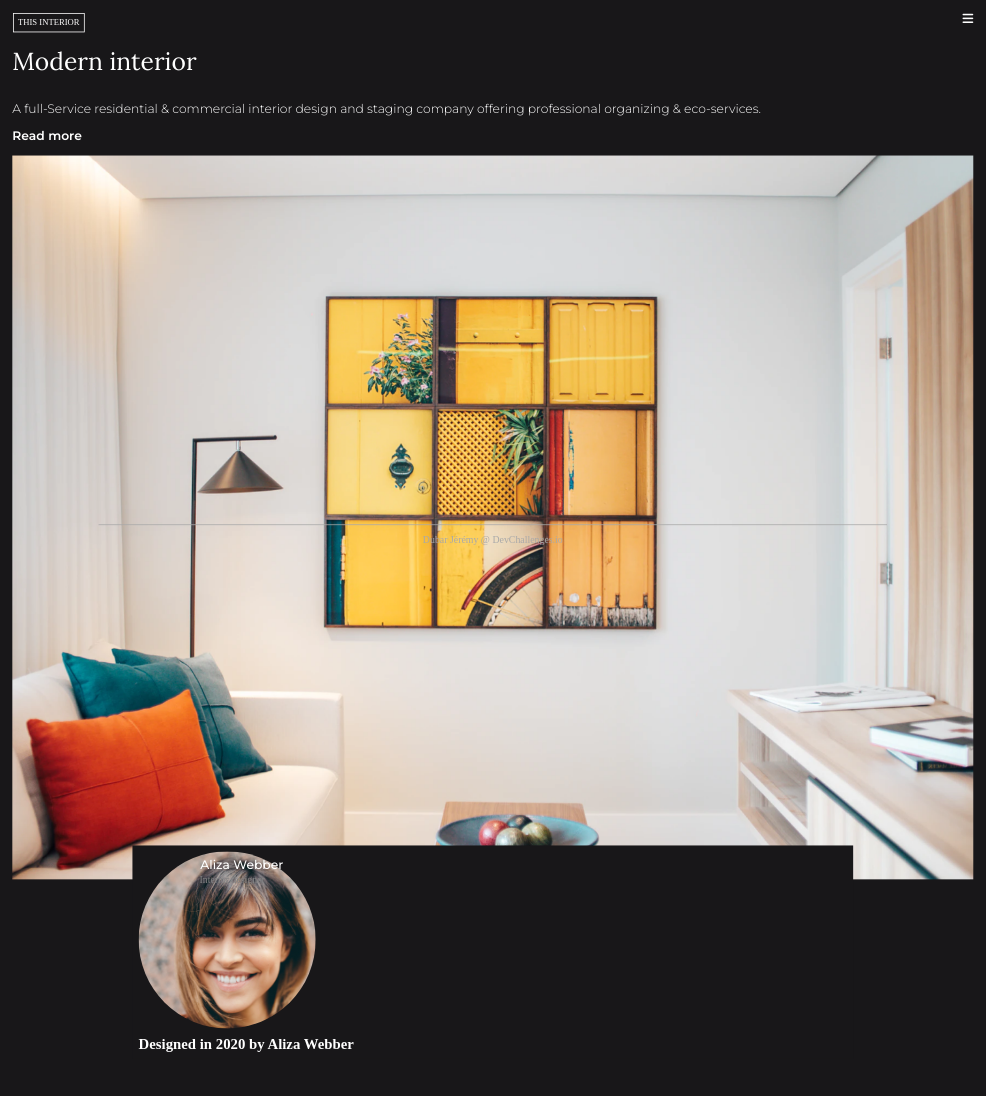
Repository: dubar-jeremy/interior-consultant-challenge
Page: index.html
An editor plug-in stored every save of this project. The page is shown before and after the next save, followed by the edit.
The browser window is 1280 px wide. The pictures show the whole page, at 77% of full size.
Some web libraries are served in a nearby version.

Above is the page before, as saved 2021-03-26 14:37:44.

### index.html
<!doctype html>
<html lang="fr">
<head>
  <meta charset="UTF-8">
  <meta name="viewport"
        content="width=device-width, user-scalable=no, initial-scale=1.0, maximum-scale=1.0, minimum-scale=1.0">
  <meta http-equiv="X-UA-Compatible" content="ie=edge">
  <script src="https://kit.fontawesome.com/a0e6dacfd2.js" crossorigin="anonymous"></script>
  <link rel="preconnect" href="https://fonts.gstatic.com">
  <link href="https://fonts.googleapis.com/css2?family=Lora&family=Montserrat:wght@300;500;600&display=swap" rel="stylesheet">
  <link rel="stylesheet" href="css/style.css">
  <script type="text/javascript" src="js/toggle.js"></script>
  <title>Interior Dev challenge</title>
</head>
<body>
<header>
<nav>
  <div class="menu-left">
    <p>this interior</p>
  </div>
  <div class="toggle">
    <span class="fas fa-bars"></span>
  </div>
  <div class="menu-right hidden">
    <a href="#">Home</a>
    <a href="#">Collection</a>
    <a href="#">About</a>
    <a href="#">Contact</a>
  </div>
</nav>
</header>
<main id="main" class="main">
  <div class="container">
    <div class="block-left">
      <h1>Modern interior</h1>
      <p>A full-Service residential & commercial interior design and staging company offering professional organizing & eco-services.</p>
      <a href="#">Read more</a>
    </div>
    <div class="block-right">
      <img class="img-interior" src="img/photo1.png" alt="">
    </div>
  </div>
  <div class="rectangle">
    <div class="rectangle-top">
      <img class="profil-photo "src="img/photo2.png" alt="">
      <p class="profil-name">Aliza Webber</p>
      <p class="profil-work">Interior designer</p>
    </div>
    <div class="rectangle-btn">
      <p>Designed in 2020 by Aliza Webber</p>
    </div>
  </div>
</main>
<footer>
  <p>Dubar Jérémy @ DevChallenges.io</p>
</footer>
</body>
</html>

### css/style.css
* {
    margin: 0;
    padding: 0;
    box-sizing: border-box;
}

:root {
    --background-color: #181719;
    --main-color: #ffffff;
    --second-color: #828282;
    --color-footer: #A9A9A9;

}

body {
    background-color: var(--background-color);
    color: var(--main-color);
}

a {
    color: var(--main-color);
    text-decoration: none;
}

.main {
    transition: all 0.4s linear;
    display: block;
    margin-right: 1em;
    margin-left: 1em;
}


nav {
    display: flex;
    justify-content: space-between;
    flex-wrap: wrap;
}

.menu-left {
    margin: 1.5em;
    padding: 0.5em;
    border: 0.1em solid var(--main-color);
    text-transform: uppercase;
    font-size: 0.7em;

}

.menu-right {
    position: absolute;
    margin: 0 auto;
    top: 30%;
    left: 40%;
    display: flex;
    flex-direction: column;
    line-height: 4;
    transition: all 0.4s linear;
    text-align: center;

}

.menu-right a:nth-of-type(1) {
    font-weight: bold;
}
.hidden {
    display: none;
}

.visuallyhidden {
    opacity: 0;
}

.toggle {
    margin: 1em;
    transition: .4s;
    display:block;
}

h1 {
    font-family: 'Lora', serif;
    font-weight: 400;
    margin-bottom: 1em;
}

.block-left p {
    font-family: 'Montserrat', sans-serif;
    font-weight: 300;
    margin-bottom: 1em;

}

.block-left a {
    font-family: 'Montserrat', sans-serif;
    font-weight: 600;
}

.block-right {
    width: 100%;
}

.img-interior {
    margin-top: 1em;
    width: 100%;
    height: auto;
}

.rectangle {
    background: var(--background-color);
    width: 75%;
    margin: 0 auto;
    position: relative;
    bottom: 3em;
    padding: 0.5em;
}

.rectangle-top {
    display: flex;
    flex-wrap: wrap;
    align-items: flex-start;
}

.profil-name {
    font-family: 'Montserrat', sans-serif;
    font-weight: 500;
    width: 100%;
    position: absolute;
    top: 1em;
    left: 5.5em;
}

.profil-photo {
    width: 25%;
    clip-path:ellipse(50% 50%);
}

.profil-work {
    position: absolute;
    top: 3em;
    left: 6.8em;
    color: #828282;
    font-size: 0.8em;
}

.rectangle-btn > p {
    font-size: 1.2em;
    font-weight: bold;
    width: 80%;
    margin-top: 0.5em;
}

footer {
    width: 80%;
    margin: 0 auto;
    border-top: 0.1em solid var(--color-footer);
    position: absolute;
    bottom: 0;
    text-align: center;
    left: 0;
    right: 0;
}

footer p {
    font-size: 0.8em;
    text-align: center;
    line-height: 3;
    color: var(--color-footer);

}

@media screen and (min-width: 1440px){

        .toggle {
            display: none;
        }

        .hidden {
            display: inherit;
        }
    .menu-right {
        visibility: visible;
        position: inherit;
        display: flex;
        flex-direction: row;
        justify-content: space-around;
        width: 50%;
        margin: inherit;
    }

    .img-interior {
        margin-top: 1em;
        width: 100%;
        height: auto;
        margin-left: 3em;
    }

    .menu-left {
        margin: 1.5em;
        padding: 0.5em;
        border: 0.1em solid var(--main-color);
        text-transform: uppercase;
        font-size: 0.7em;
        margin-left: 8.59em;
    }

    .container {
        display: flex;
        margin-top: 4em;
        justify-content: space-around;

    }

    .block-left {
        width: 26%;
    }

    .block-right {
        width: 50%;
    }

    .rectangle {
        background: var(--background-color);
        width: 410px;
        margin: 0 auto;
        position: absolute;
        bottom: 0.5em;
        left: 59em;
        height: 189px;
        top: 37.2em;
    }

    .profil-name {
        left: 7.5em;
    }

    .profil-work {
        position: absolute;
        top: 3em;
        left: 9.3em;
        color: #828282;
        font-size: 0.8em;
        margin-top: 1em;
    }

    .rectangle-btn > p {
        font-size: 1.2em;
        font-weight: bold;
        width: 70%;
        margin-top: 0.5em;
        margin-left: 0.5em;
    }
}

### style.css
* {
    margin: 0;
    padding: 0;
    box-sizing: border-box;
}

:root {
    --background-color: #181719;
    --main-color: #ffffff;
    --second-color: #828282;
    --color-footer: #A9A9A9;

}

body {
    background-color: var(--background-color);
    color: var(--main-color);
}

a {
    color: var(--main-color);
    text-decoration: none;
}

.main {
    transition: all 0.4s linear;
    display: block;
    margin-right: 1em;
    margin-left: 1em;
}


nav {
    display: flex;
    justify-content: space-between;
    flex-wrap: wrap;
}

.menu-left {
    margin: 1.5em;
    padding: 0.5em;
    border: 0.1em solid var(--main-color);
    text-transform: uppercase;
    font-size: 0.7em;

}

.menu-right {
    position: absolute;
    margin: 0 auto;
    top: 30%;
    left: 40%;
    display: flex;
    flex-direction: column;
    line-height: 4;
    transition: all 0.4s linear;
    text-align: center;

}

.menu-right a:nth-of-type(1) {
    font-weight: bold;
}
.hidden {
    display: none;
}

.visuallyhidden {
    opacity: 0;
}

.toggle {
    margin: 1em;
    transition: .4s;
    display:block;
}

h1 {
    font-family: 'Lora', serif;
    font-weight: 400;
    margin-bottom: 1em;
}

.block-left p {
    font-family: 'Montserrat', sans-serif;
    font-weight: 300;
    margin-bottom: 1em;

}

.block-left a {
    font-family: 'Montserrat', sans-serif;
    font-weight: 600;
}

.block-right {
    width: 100%;
}

.img-interior {
    margin-top: 1em;
    width: 100%;
    height: auto;
}

.rectangle {
    background: var(--background-color);
    width: 75%;
    margin: 0 auto;
    position: relative;
    bottom: 3em;
    padding: 0.5em;
}

.rectangle-top {
    display: flex;
    flex-wrap: wrap;
    align-items: flex-start;
}

.profil-name {
    font-family: 'Montserrat', sans-serif;
    font-weight: 500;
    width: 100%;
    position: absolute;
    top: 1em;
    left: 5.5em;
}

.profil-photo {
    width: 25%;
    clip-path:ellipse(50% 50%);
}

.profil-work {
    position: absolute;
    top: 3em;
    left: 6.8em;
    color: #828282;
    font-size: 0.8em;
}

.rectangle-btn > p {
    font-size: 1.2em;
    font-weight: bold;
    width: 80%;
    margin-top: 0.5em;
}

footer {
    width: 80%;
    margin: 0 auto;
    border-top: 0.1em solid var(--color-footer);
    position: absolute;
    bottom: 0;
    text-align: center;
    left: 0;
    right: 0;
}

footer p {
    font-size: 0.8em;
    text-align: center;
    line-height: 3;
    color: var(--color-footer);

}

@media screen and (min-width: 1440px){

        .toggle {
            display: none;
        }

        .hidden {
            display: inherit;
        }
    .menu-right {
        visibility: visible;
        position: inherit;
        display: flex;
        flex-direction: row;
        justify-content: space-around;
        width: 50%;
        margin: inherit;
    }

    .img-interior {
        margin-top: 1em;
        width: 100%;
        height: auto;
        margin-left: 3em;
    }

    .menu-left {
        margin: 1.5em;
        padding: 0.5em;
        border: 0.1em solid var(--main-color);
        text-transform: uppercase;
        font-size: 0.7em;
        margin-left: 8.59em;
    }

    .container {
        display: flex;
        margin-top: 4em;
        justify-content: space-around;

    }

    .block-left {
        width: 26%;
    }

    .block-right {
        width: 50%;
    }

    .rectangle {
        background: var(--background-color);
        width: 410px;
        margin: 0 auto;
        position: absolute;
        bottom: 0.5em;
        left: 59em;
        height: 189px;
        top: 37.2em;
    }

    .profil-name {
        left: 7.5em;
    }

    .profil-work {
        position: absolute;
        top: 3em;
        left: 9.3em;
        color: #828282;
        font-size: 0.8em;
        margin-top: 1em;
    }

    .rectangle-btn > p {
        font-size: 1.2em;
        font-weight: bold;
        width: 70%;
        margin-top: 0.5em;
        margin-left: 0.5em;
    }
}

Loaded but not shown: js/toggle.js (no stored copy; drawn as an empty file)

After the next save:
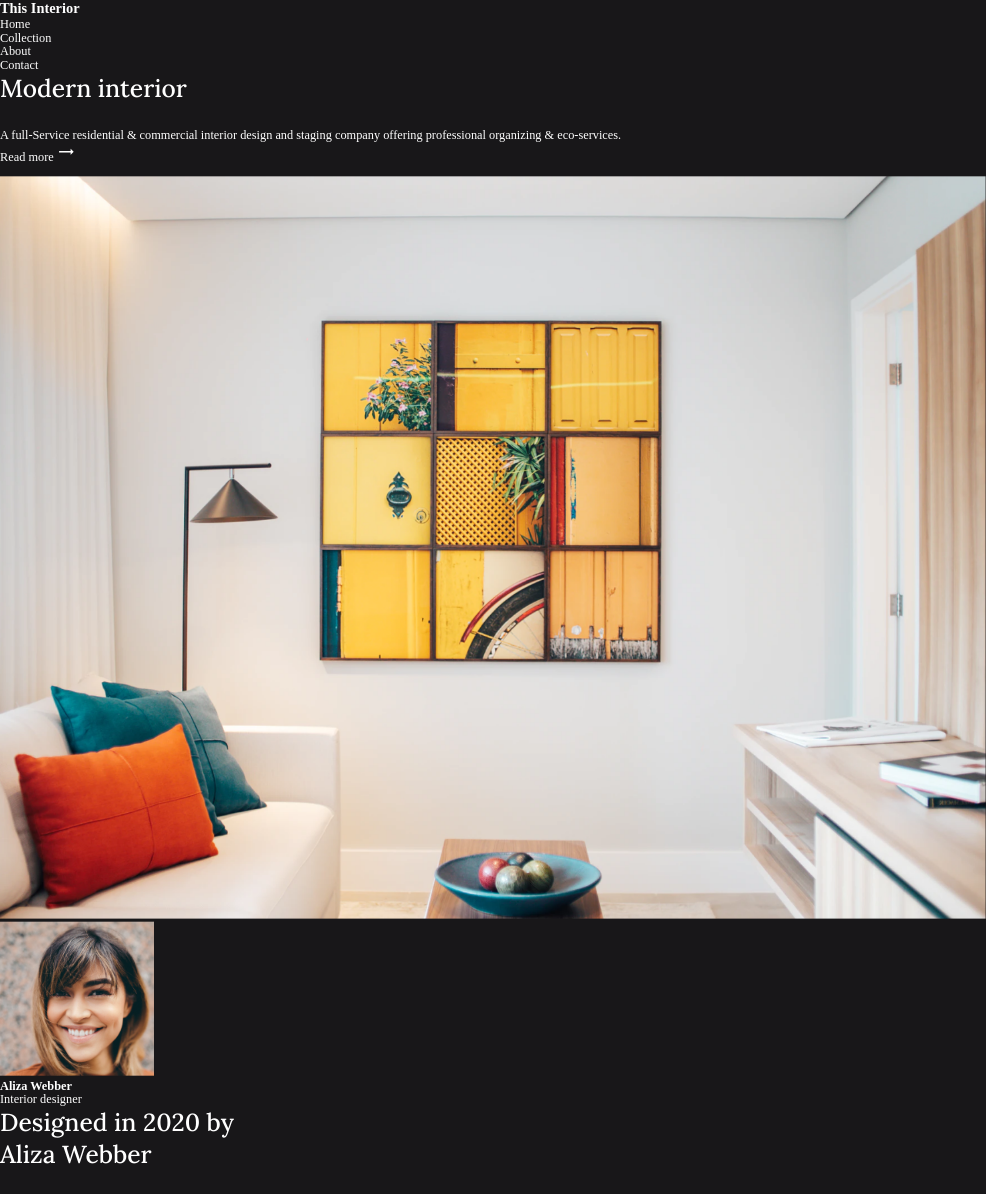
Not found: script.js
Saved 63 s later.
--- a/index.html
+++ b/index.html
@@ -1,58 +1,77 @@
-<!doctype html>
-<html lang="fr">
+<!DOCTYPE html>
+<html lang="en">
+
 <head>
-  <meta charset="UTF-8">
-  <meta name="viewport"
-        content="width=device-width, user-scalable=no, initial-scale=1.0, maximum-scale=1.0, minimum-scale=1.0">
-  <meta http-equiv="X-UA-Compatible" content="ie=edge">
-  <script src="https://kit.fontawesome.com/a0e6dacfd2.js" crossorigin="anonymous"></script>
-  <link rel="preconnect" href="https://fonts.gstatic.com">
-  <link href="https://fonts.googleapis.com/css2?family=Lora&family=Montserrat:wght@300;500;600&display=swap" rel="stylesheet">
-  <link rel="stylesheet" href="css/style.css">
-  <script type="text/javascript" src="js/toggle.js"></script>
-  <title>Interior Dev challenge</title>
+  <meta charset="UTF-8" />
+  <meta http-equiv="X-UA-Compatible" content="IE=edge" />
+  <meta name="viewport" content="width=device-width, initial-scale=1.0" />
+  <link rel="icon" href="devchallenges.png" />
+  <title>Interior Consultant</title>
+  <link rel="preconnect" href="https://fonts.gstatic.com" />
+  <link
+    href="https://fonts.googleapis.com/css2?family=Crimson+Pro:wght@200&family=Lora:wght@500;700&family=Montserrat:wght@400;500;700&display=swap"
+    rel="stylesheet" />
+  <link href="https://fonts.googleapis.com/icon?family=Material+Icons" rel="stylesheet" />
+  <link rel="stylesheet" href="style.css" />
 </head>
+
 <body>
-<header>
-<nav>
-  <div class="menu-left">
-    <p>this interior</p>
-  </div>
-  <div class="toggle">
-    <span class="fas fa-bars"></span>
-  </div>
-  <div class="menu-right hidden">
-    <a href="#">Home</a>
-    <a href="#">Collection</a>
-    <a href="#">About</a>
-    <a href="#">Contact</a>
-  </div>
-</nav>
-</header>
-<main id="main" class="main">
-  <div class="container">
-    <div class="block-left">
-      <h1>Modern interior</h1>
-      <p>A full-Service residential & commercial interior design and staging company offering professional organizing & eco-services.</p>
-      <a href="#">Read more</a>
+  <header>
+    <div class="container">
+      <div class="logo">
+        <h3>This Interior</h3>
+      </div>
+      <div class="hamburger">
+        <div class="line"></div>
+        <div class="line"></div>
+        <div class="line"></div>
+      </div>
+      <ul class="nav-ul">
+        <li><a class="nav-a" href="#">Home</a></li>
+        <li><a class="nav-a" href="#">Collection</a></li>
+        <li><a class="nav-a" href="#">About</a></li>
+        <li><a class="nav-a" href="#">Contact</a></li>
+      </ul>
     </div>
-    <div class="block-right">
-      <img class="img-interior" src="img/photo1.png" alt="">
+  </header>
+
+  <main>
+    <div class="container">
+      <div class="col col-left">
+        <h1>Modern interior</h1>
+        <div class="paragraph">
+          <p>
+            A full-Service residential & commercial interior design and
+            staging company offering professional organizing & eco-services.
+          </p>
+        </div>
+        <a href="#" class="btn">Read more <span class="material-icons"> trending_flat </span></a>
+      </div>
+      <div class="col col-right">
+        <div class="image">
+          <img class="img-interior" src="photo1.png" alt="" />
+
+          <div class="description">
+            <div class="profile">
+              <div class="image-profile">
+                <img src="photo2.png" alt="" />
+              </div>
+              <div class="bio-profile">
+                <h4>Aliza Webber</h4>
+                <p>Interior designer</p>
+              </div>
+            </div>
+            <h1>
+              Designed in 2020 by <br />
+              Aliza Webber
+            </h1>
+          </div>
+        </div>
+      </div>
     </div>
-  </div>
-  <div class="rectangle">
-    <div class="rectangle-top">
-      <img class="profil-photo "src="img/photo2.png" alt="">
-      <p class="profil-name">Aliza Webber</p>
-      <p class="profil-work">Interior designer</p>
-    </div>
-    <div class="rectangle-btn">
-      <p>Designed in 2020 by Aliza Webber</p>
-    </div>
-  </div>
-</main>
-<footer>
-  <p>Dubar Jérémy @ DevChallenges.io</p>
-</footer>
+  </main>
+
+  <script src="script.js"></script>
 </body>
+
 </html>
